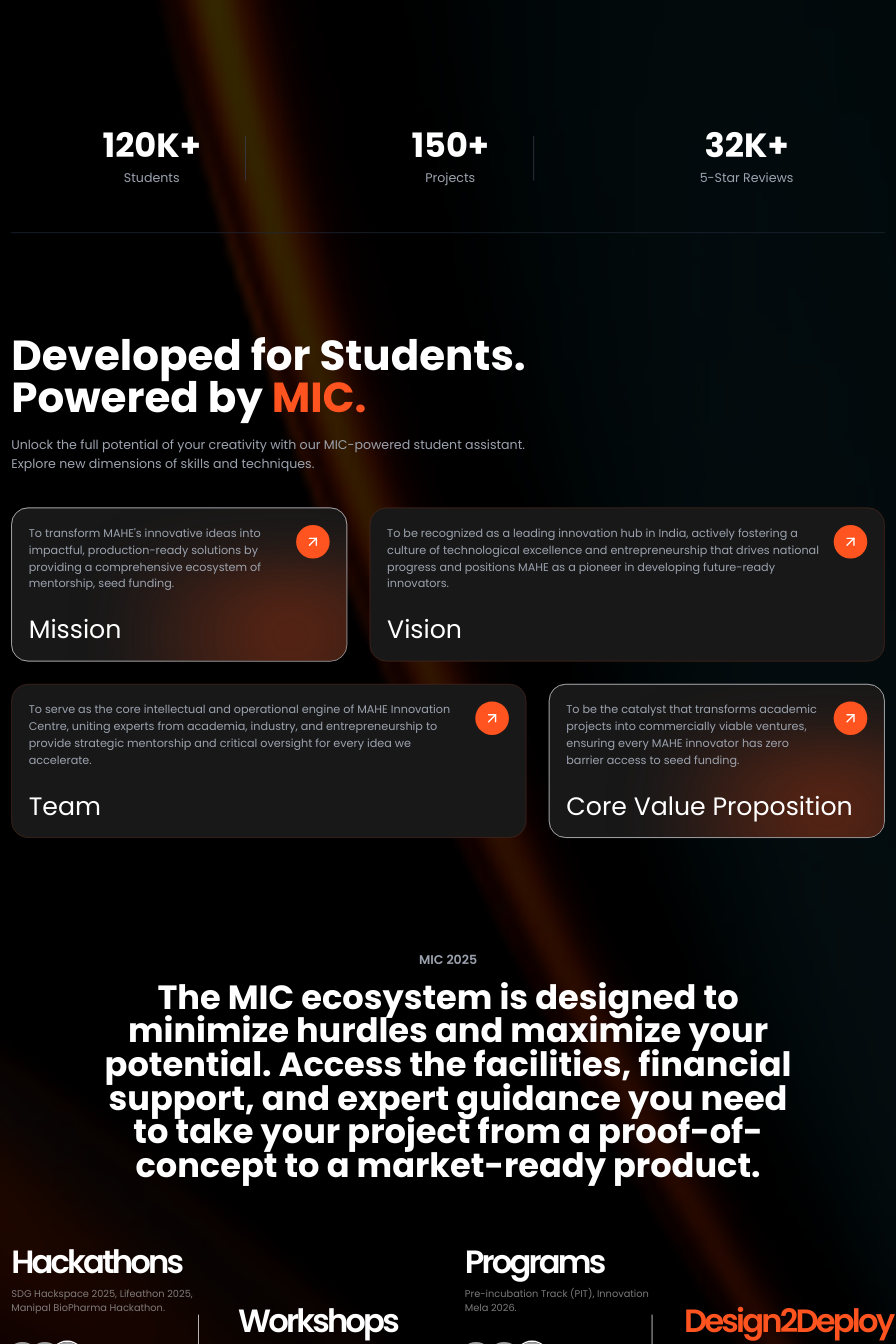
Repository: Sourish-19/Axiom
Page: /
These files come from the project's save history. The page is drawn as it stood at one moment and after a run of saves; the edit follows.
The browser window is 1280 px wide. The pictures show the part of the page from y = 560 to 2480 px (the page is 5731 px tall), at 70% of full size.
Pictures or frames that could not be fetched are drawn as grey boxes. Some web libraries are served in a nearby version. The project was rebuilt for these pictures with package versions that can differ from the ones it lists, and the page was loaded fresh each time. Also part of the build but not shown: vite.config.ts, components/Modal.tsx, components/ContactForm.tsx, components/EventRegistrationForm.tsx.

Above is the page before, as saved 2025-10-01 22:17:14.

After the next 2 saves:
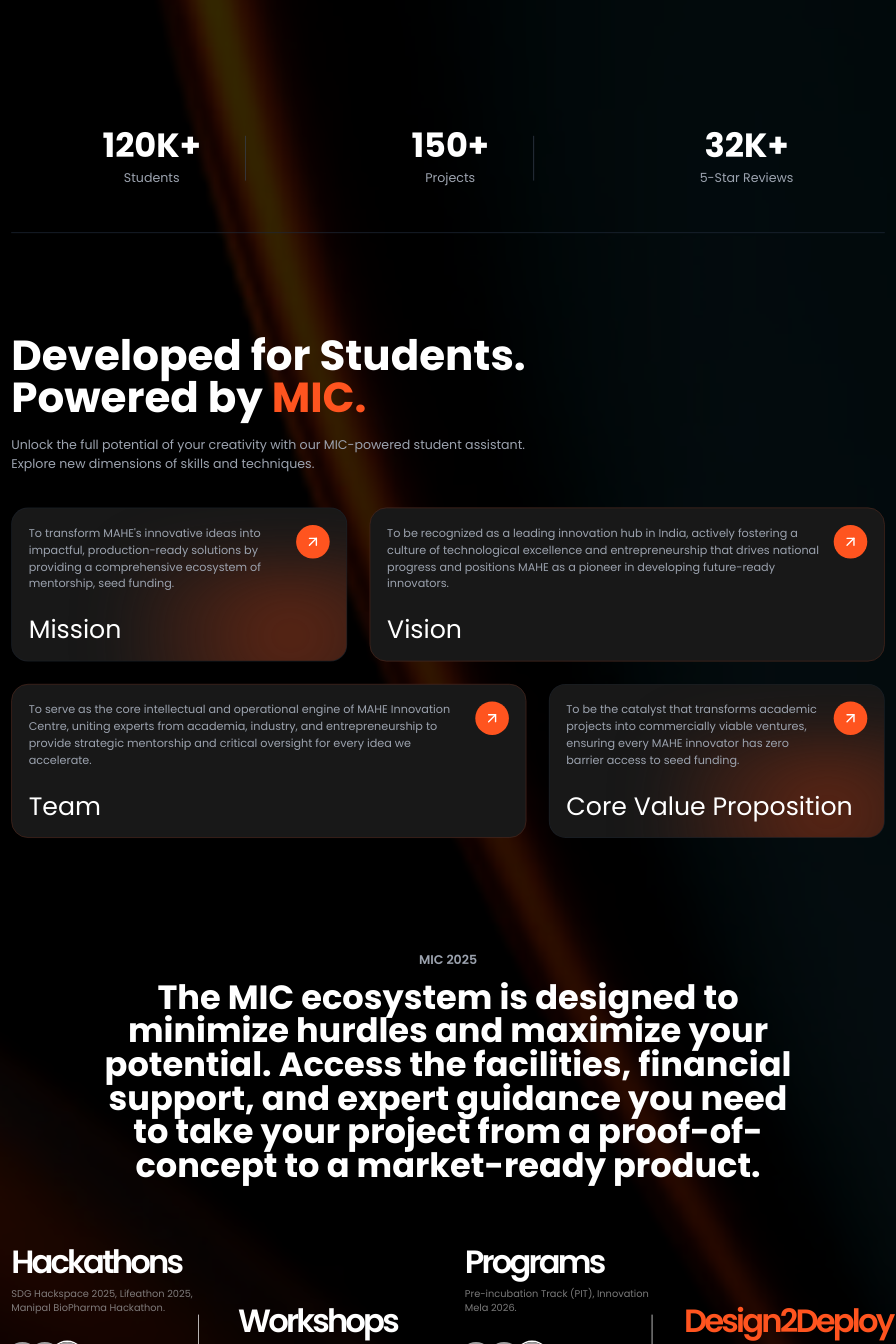
The 2 saves are shown as one change because they came seconds apart.
The last was saved 8 s later.
--- a/components/DevelopedForStudents.tsx
+++ b/components/DevelopedForStudents.tsx
@@ -51,7 +51,7 @@
 
         <div className="grid grid-cols-1 md:grid-cols-5 gap-8">
           <Card
-            className="md:col-span-2"
+            className="md:col-span-2 border-gray-800/50"
             title="Mission"
             content="To transform MAHE's innovative ideas into impactful, production-ready solutions by providing a comprehensive ecosystem of mentorship, seed funding."
             hasGradient={true}
@@ -67,7 +67,7 @@
             content="To serve as the core intellectual and operational engine of MAHE Innovation Centre, uniting experts from academia, industry, and entrepreneurship to provide strategic mentorship and critical oversight for every idea we accelerate."
           />
           <Card
-            className="md:col-span-2"
+            className="md:col-span-2 border-gray-800/50"
             title="Core Value Proposition"
             content="To be the catalyst that transforms academic projects into commercially viable ventures, ensuring every MAHE innovator has zero barrier access to seed funding."
             hasGradient={true}
